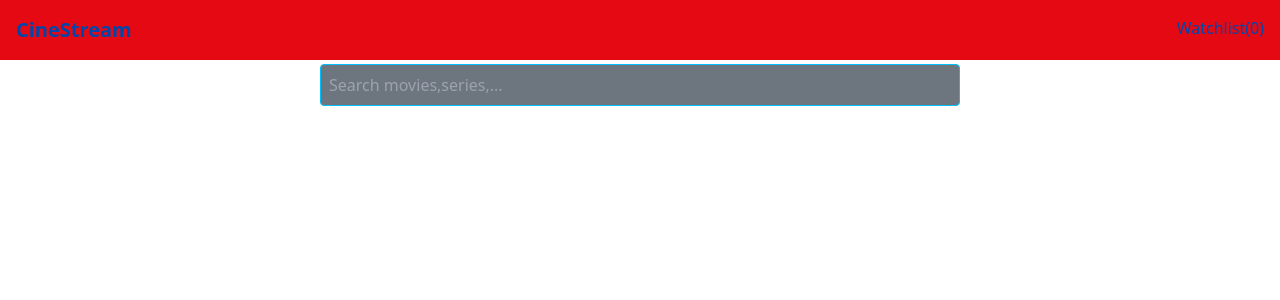
Repository: Reshmashameem31/Cine-Stream
Page: / (app in movie-project/)
The author's editor kept a copy of each file at every save. The page is drawn from the files as they stood at one save, then again after the next save.
The browser window is 1280 px wide. The pictures show the whole page.
The project was rebuilt for these pictures with package versions that can differ from the ones it lists, and the page was loaded fresh each time. Also part of the build but not shown: movie-project/vite.config.js, movie-project/src/pages/WatchList.jsx.

Above is the page before, as saved 2025-08-15 17:46:08.

After the next save:
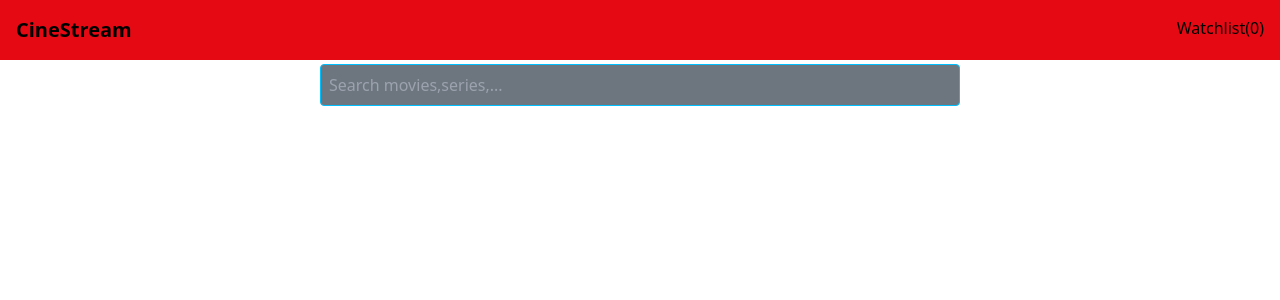
Saved 19 s later.
--- a/movie-project/src/pages/Navbar.jsx
+++ b/movie-project/src/pages/Navbar.jsx
@@ -3,7 +3,7 @@ import { Link } from 'react-router-dom'
 
 const Navbar = () => {
   return (
-    <nav className='p-4 bg-[#E50914] text-[#0047AB]  flex justify-between fixed w-full top-0'>
+    <nav className='p-4 bg-[#E50914] text-[#]  flex justify-between fixed w-full top-0'>
       <Link to="/" className='font-bold text-xl hover:text-[#00E5FF] '>CineStream</Link>
       <Link to="/watchlist" className='text-l hover:text-[#00E5FF]'>Watchlist(0)</Link>
     </nav>
